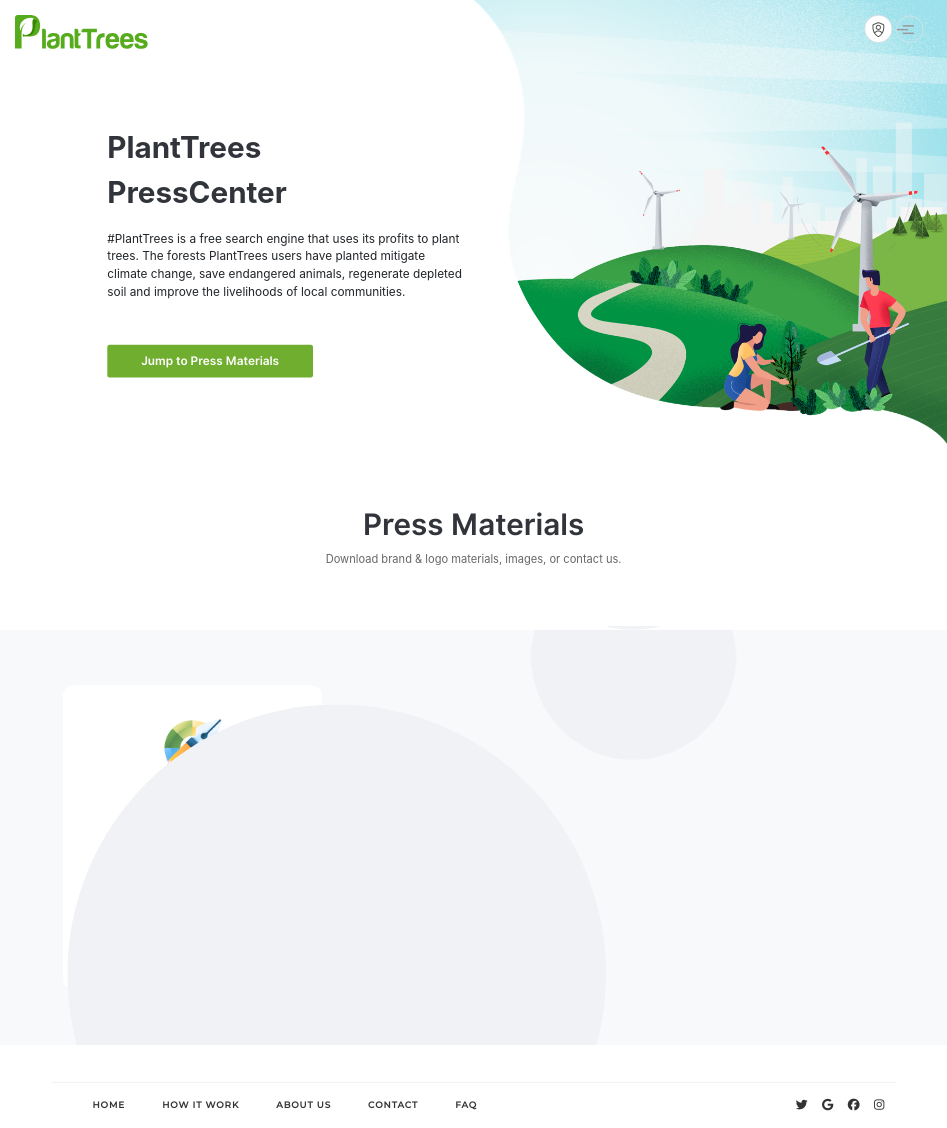
Repository: caothaito/b6g6
Page: bogo/privacy.html
These files come from the project's save history. The page is drawn as it stood at one moment and after the next save; the edit follows.
The browser window is 1280 px wide. The pictures show the whole page, at 74% of full size.
Some web libraries are served in a nearby version. The style sheet was rebuilt from its Sass, Less or Tailwind sources for each picture, by a compiler version that may differ from the author's.

Above is the page before, as saved 2020-09-11 11:25:10.

After the next save:
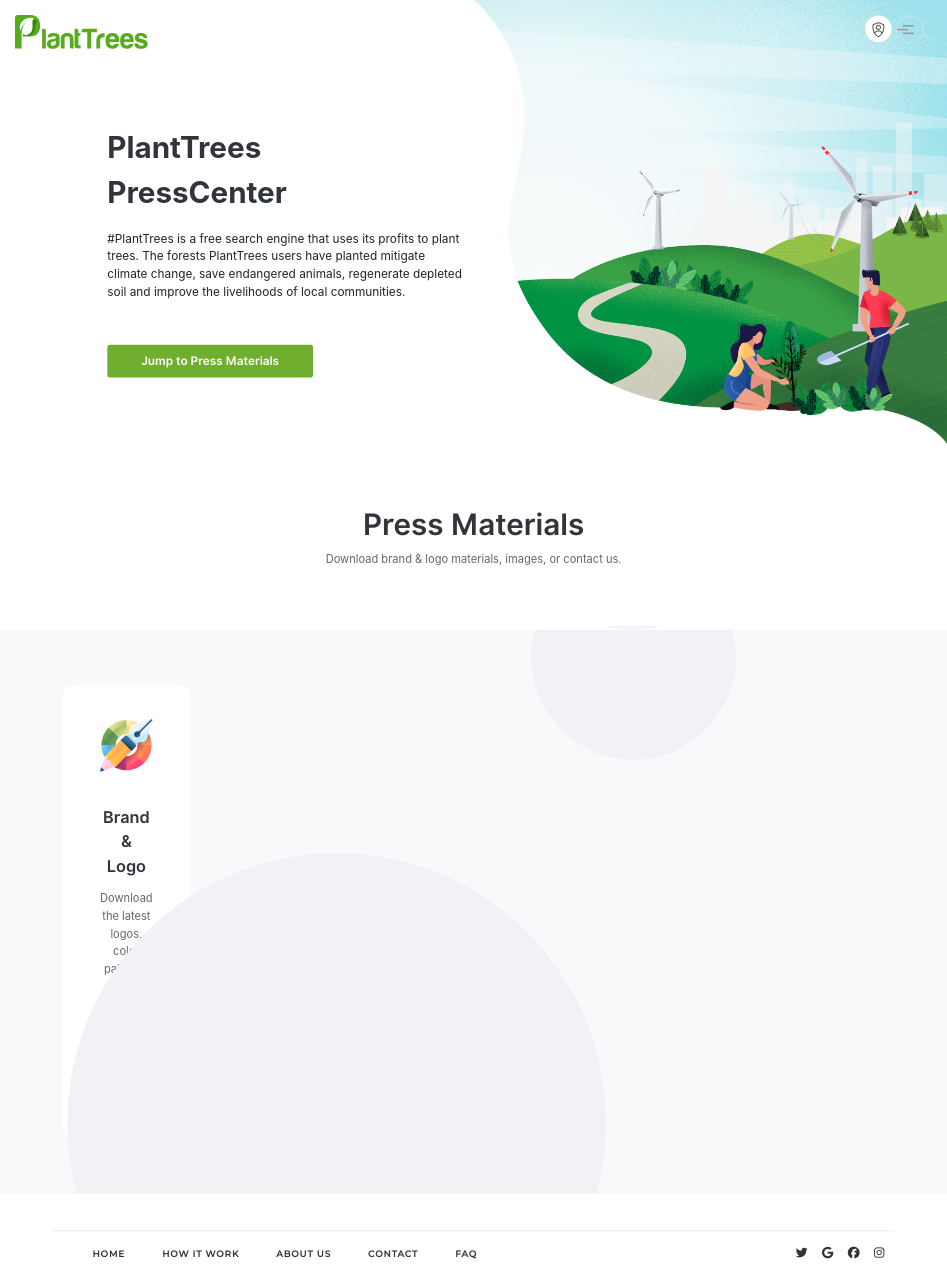
Saved 54 s later.
--- a/bogo/privacy.html
+++ b/bogo/privacy.html
@@ -137,22 +137,25 @@
         <div class="plant-pressMaterials-wrap    float-left w-100">
             <div class="container">
                 <div class="row">
-                    <div class="col-lg-4 col-md-4 col-xs-12 float-left w-100">
-                        <div class="plant-pressMaterial-item text-center float-left w-100">
-                            <div class="material-icon ">
-                                <img src="./assets/images/press-center/graphic-design.png" alt="">
-                            </div>
-                            <div class="material-title  ">
-									Brand & Logo
-                            </div>
-                            <div class="material-desc  ">
-									Download the latest logos, color palettes, and brand-related assets
-                            </div>
-                            <div class="material-btn  ">
-                                <a href="#">Donwload</a>
-                            </div>
-                        </div>
-                    </div>
+                    <div class="plant-trees-flex">
+                        <div class="col-lg-4 col-md-4 col-xs-12 float-left w-100">
+                            <div class="plant-pressMaterial-item text-center float-left w-100">
+                                <div class="material-icon ">
+                                    <img src="./assets/images/press-center/graphic-design.png" alt="">
+                                </div>
+                                <div class="material-title  ">
+                                        Brand & Logo
+                                </div>
+                                <div class="material-desc  ">
+                                        Download the latest logos, color palettes, and brand-related assets
+                                </div>
+                                <div class="material-btn  ">
+                                    <a href="#">Donwload</a>
+                                </div>
+                            </div>
+                        </div>
+                    </div>
+
                 </div>
             </div>
         </div>
